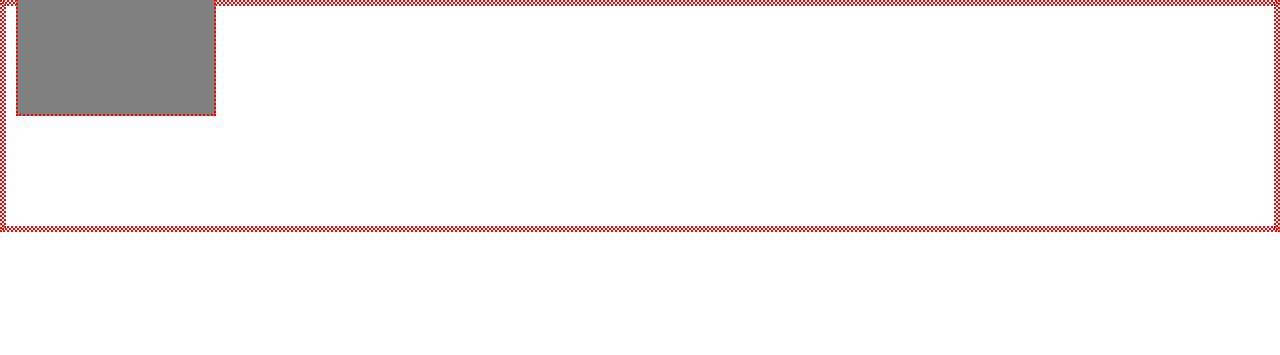
Repository: LavriaNeptune/css-basic
Page: position/bottom.html
An editor plug-in stored every save of this project. The page is shown before and after a run of saves, followed by the edit.
The browser window is 1280 px wide. The pictures show the whole page.

Above is the page before, as saved 2022-08-19 19:57:47.

After the next 2 saves:
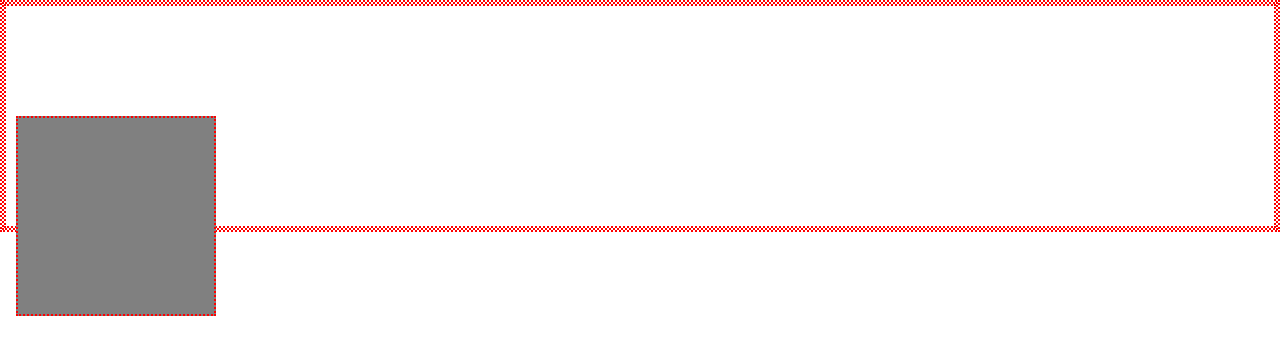
The 2 saves are shown as one change because they came seconds apart.
The last was saved 7 s later.
--- a/position/bottom.html
+++ b/position/bottom.html
@@ -20,9 +20,9 @@
 
         position: relative;
 
-        bottom: 100px;
+        bottom: -100px;
         /* bottom 的设置取决于当前元素的定位属性:是 absolute 还是 relative
-        表示相对于定位元素底部 */
+        表示相对于定位元素底部的距离 */
       }
     </style>
   </head>
